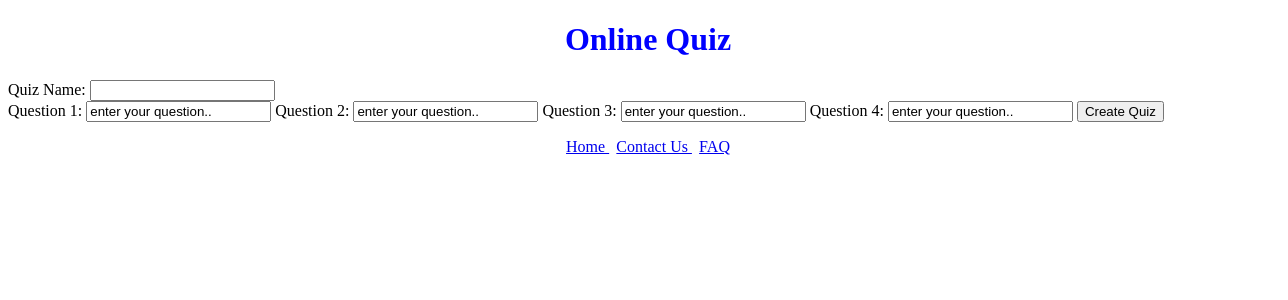
Repository: KaushikVeluruWorld/KaushikJava
Page: http://localhost/OnlineQuiz/newquiz.jsp
The author's editor kept a copy of each file at every save. The page is drawn from the files as they stood at one save, then again after the next save.
The browser window is 1280 px wide. The page is 1288 px wide, so the pictures cover 1288 px, including what lies to the right of the window. The pictures show the whole page.
The page is served by Tomcat 9.

Above is the page before, as saved 2014-12-24 07:51:43.

After the next save:
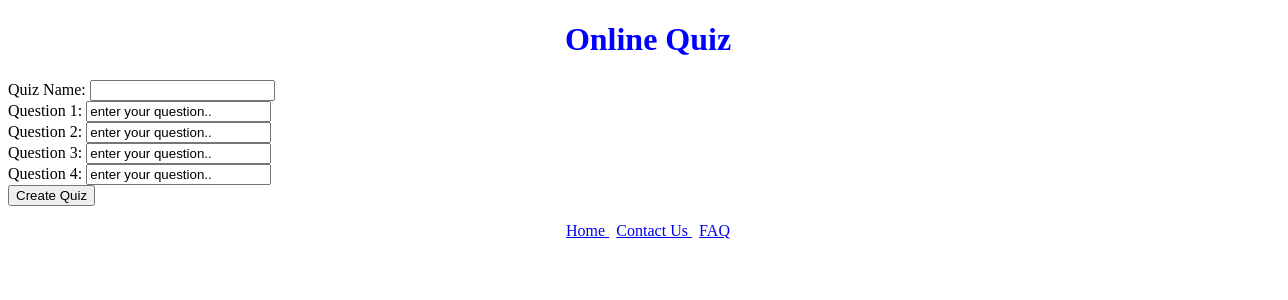
Saved 29 s later.
--- a/Online Quiz Tool/OnlineQuiz/WebContent/newquiz.jsp
+++ b/Online Quiz Tool/OnlineQuiz/WebContent/newquiz.jsp
@@ -10,11 +10,11 @@
 
 <jsp:include page="header.jsp"></jsp:include>
 <form action="viewQuiz.jsp" method="POST">
-Quiz Name: <input name="quizname" type="text"></input></br>
-Question 1: <input type="text" name="qn1" value="enter your question.."/>
-Question 2: <input type="text" name="qn2" value="enter your question.."/>
-Question 3: <input type="text" name="qn3" value="enter your question.."/>
-Question 4: <input type="text" name="qn4" value="enter your question.."/>
+Quiz Name: <input name="quizname" type="text"></input> <br/>
+Question 1: <input type="text" name="qn1" value="enter your question.."/><br/>
+Question 2: <input type="text" name="qn2" value="enter your question.."/><br/>
+Question 3: <input type="text" name="qn3" value="enter your question.."/><br/>
+Question 4: <input type="text" name="qn4" value="enter your question.."/><br/>
 
 <input type="submit" value="Create Quiz">
 </form>
